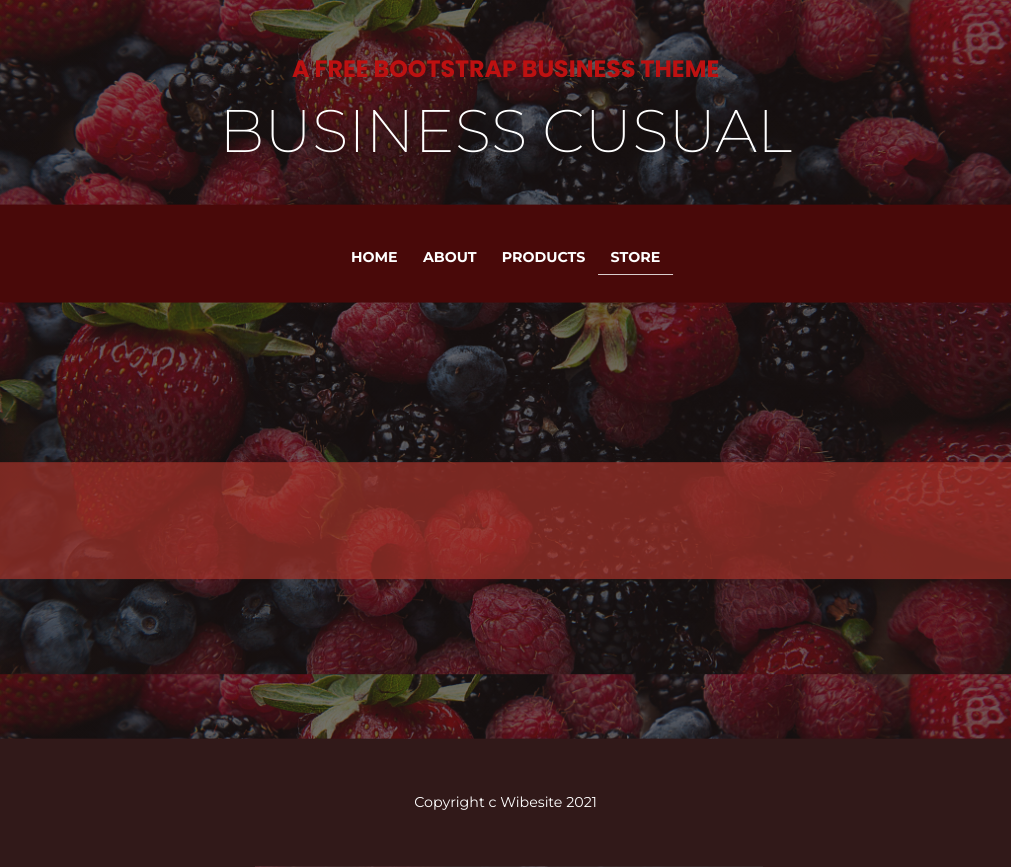
Repository: wadelfadill/tache_7_Business_bootstrap_theme
Page: store.html
An editor plug-in stored every save of this project. The page is shown before and after the next save, followed by the edit.
The browser window is 1280 px wide. The pictures show the whole page, at 79% of full size.
Backgrounds fixed to the window are drawn as part of the page.

Above is the page before, as saved 2023-04-28 21:46:15.

### store.html
<!DOCTYPE html>
<html lang="en">
<head>
    <meta charset="UTF-8">
    <meta http-equiv="X-UA-Compatible" content="IE=edge">
    <meta name="viewport" content="width=device-width, initial-scale=1.0">
    <!------ title of website ------>
    <title>Business website</title>
    <!------ Bootstrap cdn link ------>
    <link href="https://cdn.jsdelivr.net/npm/bootstrap@5.1.3/dist/css/bootstrap.min.css" rel="stylesheet" integrity="sha384-1BmE4kWBq78iYhFldvKuhfTAU6auU8tT94WrHftjDbrCEXSU1oBoqyl2QvZ6jIW3" crossorigin="anonymous">
    <!------- css link -------------->
    <link rel="stylesheet" href="css/style.css">
    <link rel="stylesheet" href="css/store_style.css">
    <!---------Google Fonts links ---------->
    <link rel="preconnect" href="https://fonts.googleapis.com">
    <link rel="preconnect" href="https://fonts.gstatic.com" crossorigin>
    <link href="https://fonts.googleapis.com/css2?family=Montserrat:wght@100;200;400;700&family=Poppins:wght@700&display=swap" rel="stylesheet">

</head>
<body>
    <!-- ========== Start Header Section ========== -->
    <header id="header">
        <h2 class="first_title text-center">A FREE BOOTSTRAP BUSINESS THEME</h2>
        <h1 class="second_title text-center">BUSINESS CUSUAL</h1>
        <!-- ========== Start navbar  Section ========== -->
        <nav class="my-auto mt-5">
            <div class="container my-auto">
                <ul class="nav justify-content-center">
                    <li class="nav-item">
                      <a class="nav-link" aria-current="page" href="index.html">HOME</a>
                    </li>
                    <li class="nav-item">
                      <a class="nav-link" href="about.html">ABOUT</a>
                    </li>
                    <li class="nav-item">
                      <a class="nav-link" href="product.html">PRODUCTS</a>
                    </li>
                    <li class="nav-item">
                      <a class="nav-link active" href="store.html">STORE</a>
                    </li>
                </ul>
            </div>
        </nav>
        <!-- ========== End navbar  Section ========== -->
    </header>
    <!-- ========== End Header Section ========== -->
    <!-- ========== Start Main Section ========== -->
    <main>
      <!-- ========== Start First Section ========== -->
      <section id="first_section">

      </section>
      <!-- ========== End First Section ========== -->
    </main>
    <!-- ========== End Main Section ========== -->
    <footer id="footer">
        <p class="text-center">Copyright c Wibesite 2021</p>
    </footer>



    <!------ Bootstrap script -------->
    <script src="https://cdn.jsdelivr.net/npm/bootstrap@5.1.3/dist/js/bootstrap.bundle.min.js" integrity="sha384-ka7Sk0Gln4gmtz2MlQnikT1wXgYsOg+OMhuP+IlRH9sENBO0LRn5q+8nbTov4+1p" crossorigin="anonymous"></script>
</body>
</html>

### css/style.css
/* ===== General ====== */

:root{
    --red-color: #BD1111;
    --bg-red:#490909;
    --white-color: #FFFFFF;
    --black-color: #000000;
    --bg-beize:#F6E1C5;
    --bg-red-black: #311919;
    --bg-red-opac:rgba(165, 52, 43, 0.69);
    --red-border: #CD5449;
}
*{
    margin: 0;
    padding: 0;
}
body{
    padding: 0;
    margin: 0;
    background-image: linear-gradient(rgba(34, 24, 24, 0.6), rgba(34, 24, 24, 0.6)), url("../images/1.jpeg");
    background-position: center;
    background-size: cover;
    background-repeat: no-repeat;
    background-attachment: fixed;
}
/* ===== squelette ====== */
/* ===== header section ====== */
/* ===== header titles ======= */
#header .first_title{
    font-family: 'Poppins';
    font-style: normal;
    font-weight: 700;
    font-size: 30px;
    line-height: 45px;
    color: var(--red-color);
    margin-top: 65px;
}
#header .second_title{
    font-family: 'Montserrat';
    font-style: normal;
    font-weight: 200;
    font-size: 76px;
    line-height: 93px;
    color: var(--white-color);
}
/* ====== header navbar ======*/
#header nav{
    background: var(--bg-red);
    height: 124px;
}
#header nav ul li{
    margin-top: 48px;
}
#header nav a{
    font-family: 'Montserrat';
    font-style: normal;
    font-weight: 700;
    font-size: 18px;
    line-height: 22px;
    color: var(--white-color);
}
#header nav a.active{
    padding-bottom: 10px;
    border-bottom: 1px solid white;
}
/* ==== Main section ==========*/
/* main{
    height: 1000px;
} */
/* ====== footer section ====== */
#footer{
    height: 162px;
    background: var(--bg-red-black);
    padding-top: 70px;
}
#footer p{
    font-family: 'Montserrat';
    font-style: normal;
    font-weight: 400;
    font-size: 18px;
    line-height: 22px;
    color: var(--white-color);
}


/* ===== responsive css ======*/
@media screen and (max-width:550px) {
    #header .second_title{
        font-size: 30px;
    }
    #header nav{
        height: max-content;
        padding-bottom: 40px;
    }
}

### css/store_style.css
/* ===== General ====== */

:root{
    --red-color: #BD1111;
    --bg-red:#490909;
    --white-color: #FFFFFF;
    --black-color: #000000;
    --bg-beize:#F6E1C5;
    --bg-red-black: #311919;
    --bg-red-opac:rgba(165, 52, 43, 0.69);
    --red-border: #CD5449;
}

/* ==== first section ==== */
#first_section{
    margin-top: 202px;
    margin-bottom: 202px;
    width: 100%;
    padding-bottom: 74px;
    padding-top: 74px;
    background: var(--bg-red-opac);
}

After the next save:
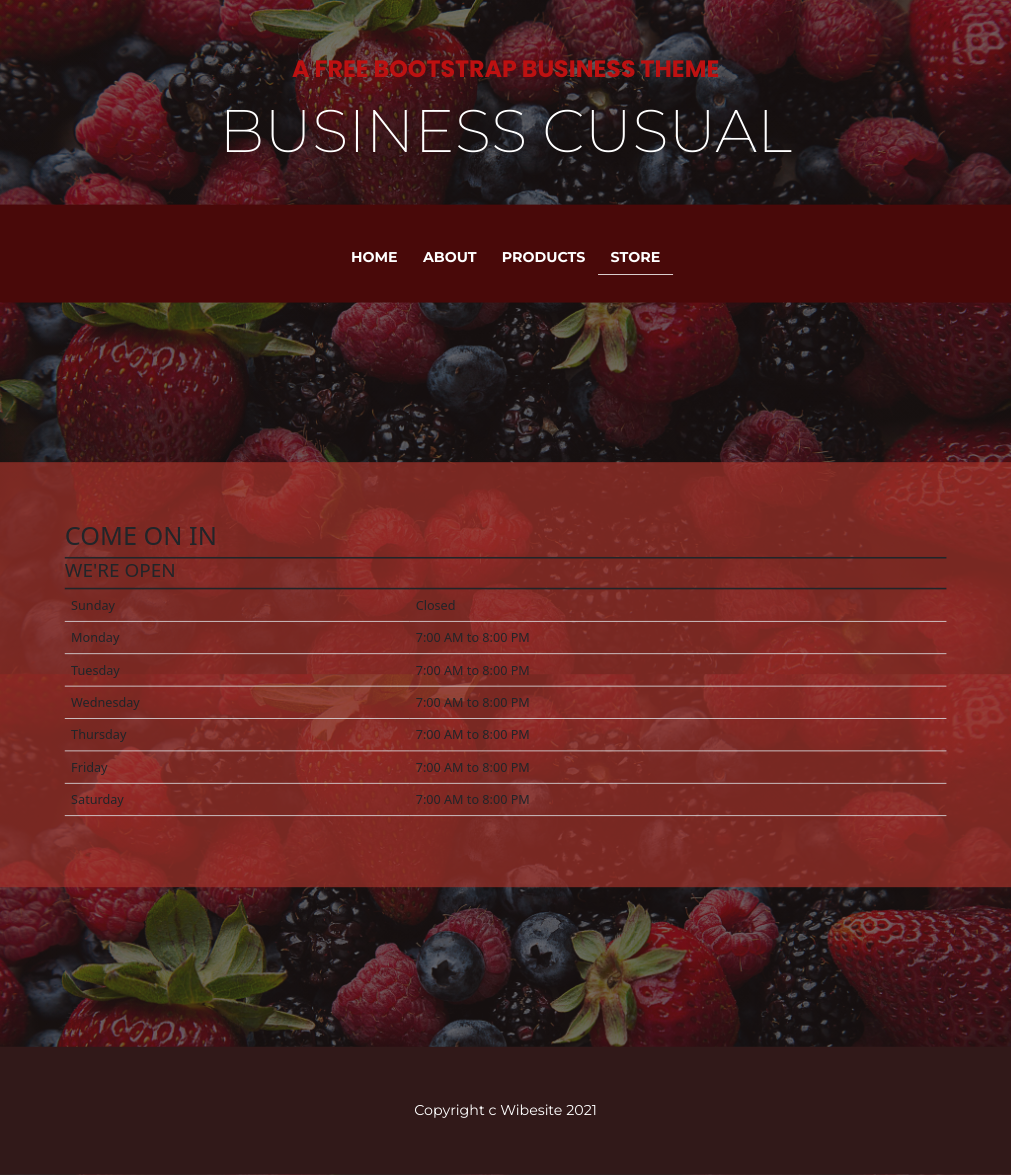
Saved 11 min 26 s later.
--- a/store.html
+++ b/store.html
@@ -48,7 +48,46 @@
     <main>
       <!-- ========== Start First Section ========== -->
       <section id="first_section">
-
+        <div class="container">
+          <div class="border_box">
+            <div class="table">
+              <h2>COME ON IN</h2>
+              <h4>WE'RE OPEN</h4>
+              <table class="table">
+                <tbody>
+                  <tr>
+                    <td>Sunday</td>
+                    <td>Closed</td>
+                  </tr>
+                  <tr>
+                    <td>Monday</td>
+                    <td>7:00 AM to 8:00 PM</td>
+                  </tr>
+                  <tr>
+                    <td>Tuesday</td>
+                    <td>7:00 AM to 8:00 PM</td>
+                  </tr>
+                  <tr>
+                    <td>Wednesday</td>
+                    <td>7:00 AM to 8:00 PM</td>
+                  </tr>
+                  <tr>
+                    <td>Thursday</td>
+                    <td>7:00 AM to 8:00 PM</td>
+                  </tr>
+                  <tr>
+                    <td>Friday</td>
+                    <td>7:00 AM to 8:00 PM</td>
+                  </tr>
+                  <tr>
+                    <td>Saturday</td>
+                    <td>7:00 AM to 8:00 PM</td>
+                  </tr>
+                </tbody>
+              </table>
+            </div>
+          </div>
+        </div>
       </section>
       <!-- ========== End First Section ========== -->
     </main>
